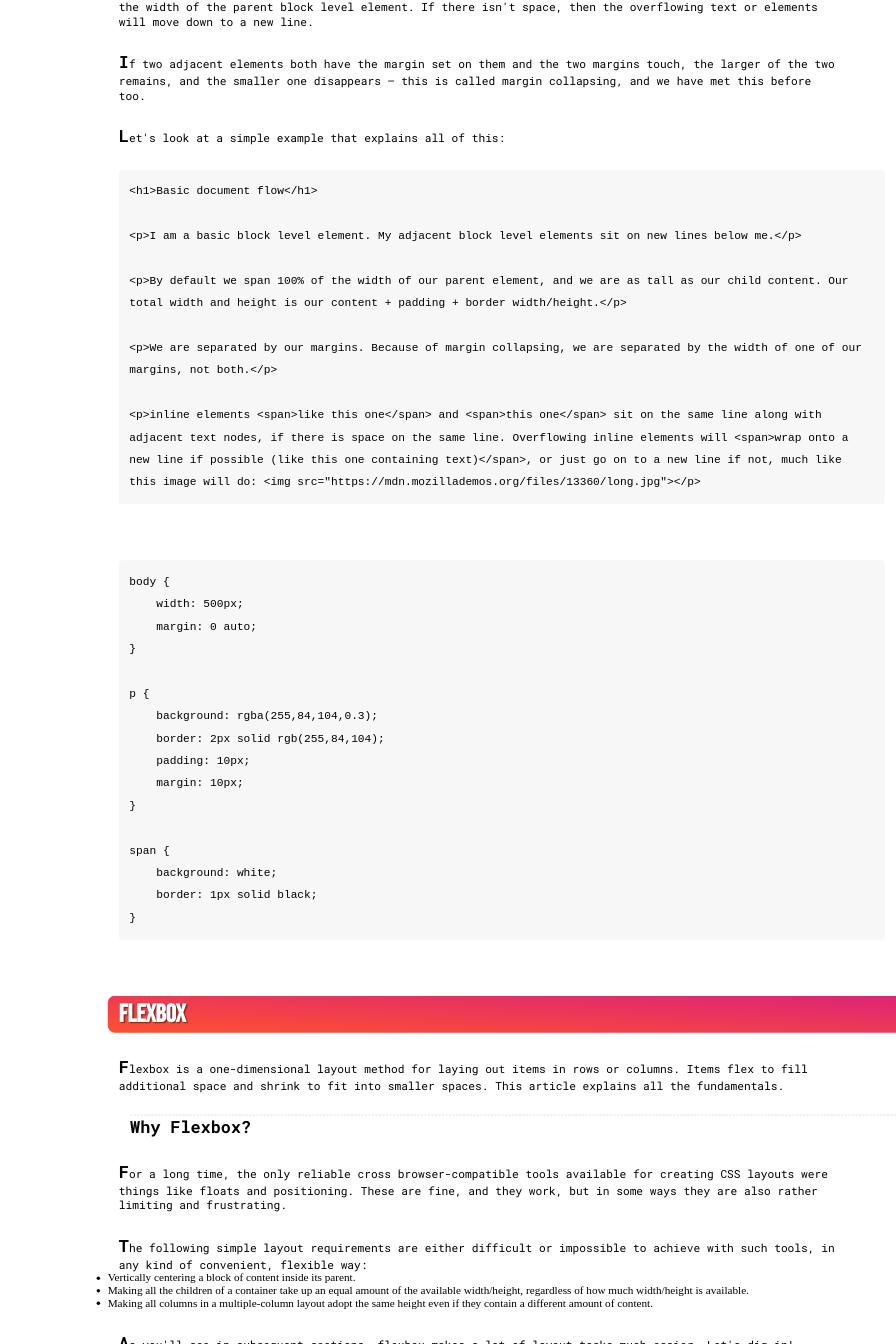
Repository: Colo-Codes/freecodecamp-04-Technical-Documentation-Page
Page: index.html
These files come from the project's save history. The page is drawn as it stood at one moment and after the next save; the edit follows.
The browser window is 1280 px wide. The pictures show the part of the page from y = 1008 to 2928 px (the page is 7334 px tall before and 7254 px after), at 70% of full size.
Some web fonts or font styles are not loaded; a fallback is used.

Above is the page before, as saved 2021-05-21 13:00:51.

After the next save:
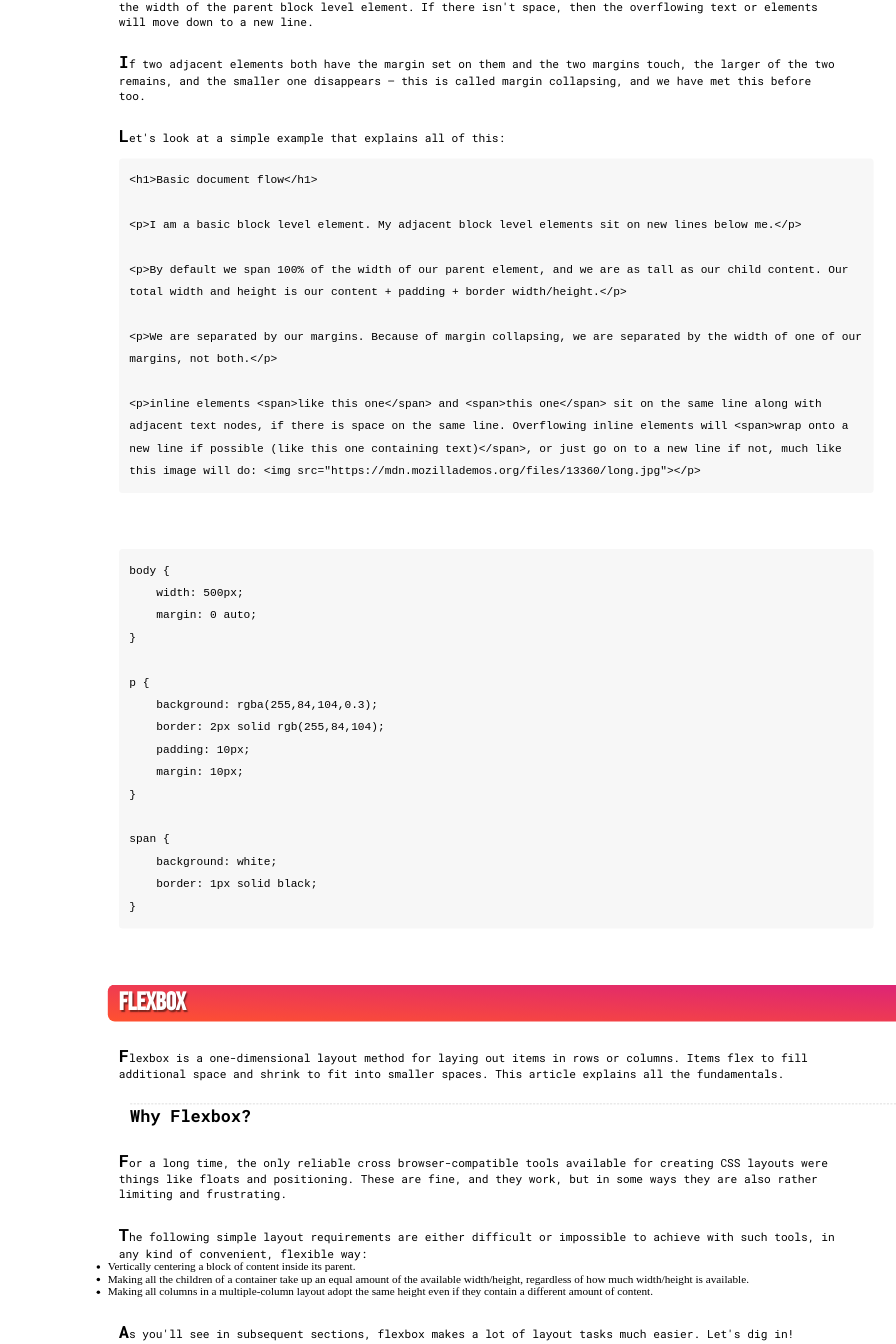
Saved 16 s later.
--- a/resources/css/index.css
+++ b/resources/css/index.css
@@ -85,6 +85,6 @@ code {
   line-height: 2;
   background-color: #f7f7f7;
   padding: 15px;
-  margin: 2rem 1rem 5rem 1rem;
+  margin: 1rem 2rem 5rem 1rem;
   border-radius: 5px;
 }
